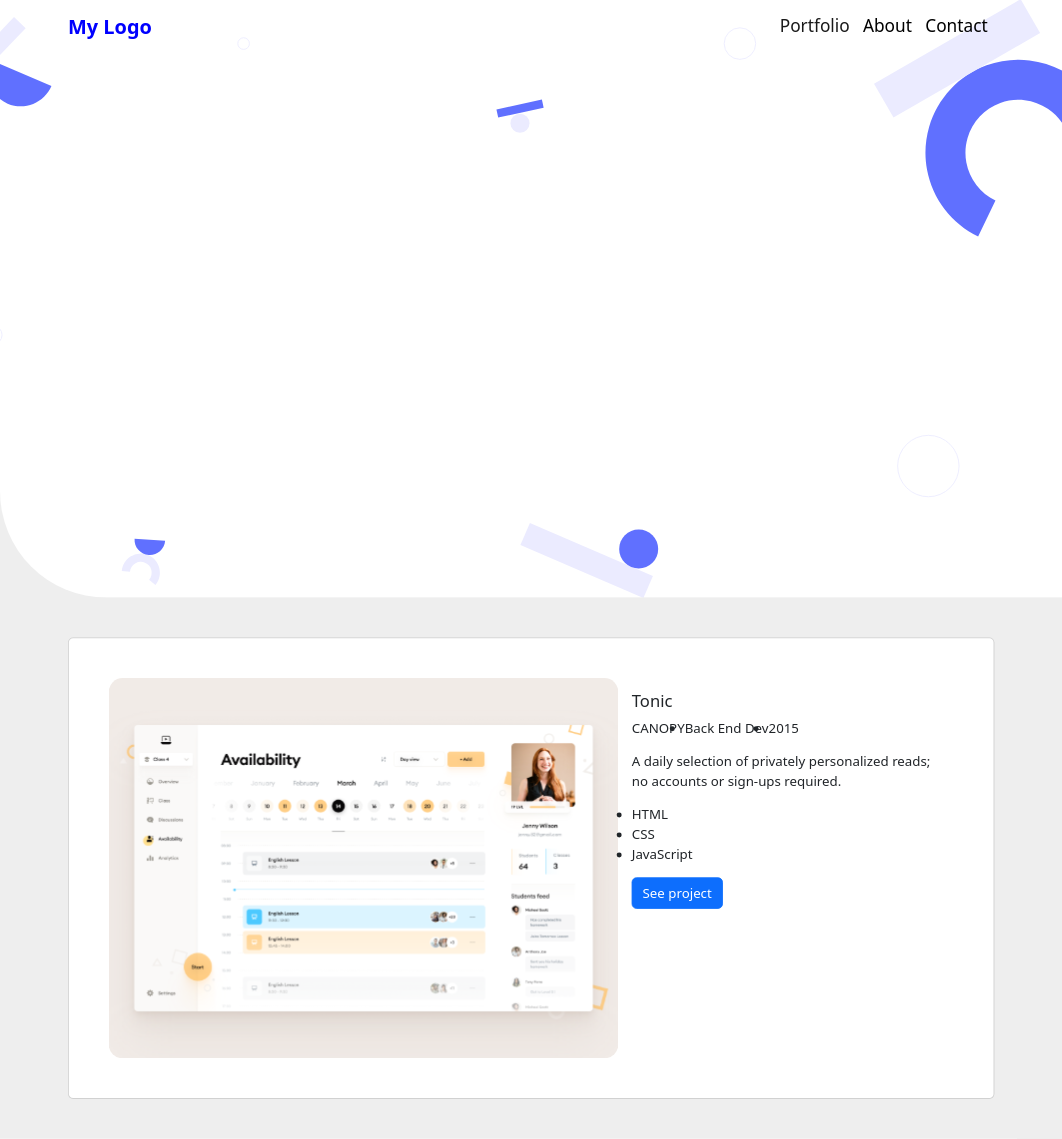
Repository: waelelsafty07/Bootstrap-Portfolio
Page: index.html
The author's editor kept a copy of each file at every save. The page is drawn from the files as they stood at one save, then again after the next save.
The browser window is 1280 px wide. The pictures show the whole page, at 83% of full size.

Above is the page before, as saved 2023-04-04 16:39:11.

### index.html
<!DOCTYPE html>
<html lang="en">
<head>
    <meta charset="UTF-8">
    <meta http-equiv="X-UA-Compatible" content="IE=edge">
    <meta name="viewport" content="width=device-width, initial-scale=1.0">
    <title>Portfolio</title>
    <link rel="stylesheet" href="css/bootstrap.min.css"/>
    <link rel="stylesheet" href="styles.css"/>
</head>
<body>
    <header>
        <nav class="navbar navbar-expand-lg navbar-light">
            <div class="container">
              <a class="navbar-brand" href="#">My Logo</a>
              <button class="navbar-toggler" type="button" data-bs-toggle="collapse" data-bs-target="#navbarNav" aria-controls="navbarNav" aria-expanded="false" aria-label="Toggle navigation">
                <span class="navbar-toggler-icon"></span>
              </button>
              <div class="collapse navbar-collapse flex-row-reverse" id="navbarNav">
                <ul class="navbar-nav">
                  <li class="nav-item">
                    <a class="nav-link active" aria-current="page" href="#">Portfolio</a>
                  </li>
                  <li class="nav-item">
                    <a class="nav-link" href="#">About</a>
                  </li>
                  <li class="nav-item">
                    <a class="nav-link" href="#">Contact</a>
                  </li>
                </ul>
              </div>
            </div>
          </nav>
    </header>
    <main>
      <section id="works" class="works m-5">
        <div class="container">
          <div class="card flex-row p-5">
            <img src="images/Snapshoot Portfolio (1).svg" class="card-img-top" alt="...">
            <div class="card-body">
              <h5 class="card-title">Tonic</h5>
              <ul class="d-flex p-0">
                <li class="no-style">CANOPY</li>
                <li>Back End Dev</li>
                <li>2015</li>
              </ul>
              <p class="card-text">A daily selection of privately personalized reads; no accounts or sign-ups required.</p>
              <ul>
                <li>HTML</li>
                <li>CSS</li>
                <li>JavaScript</li>
              </ul>
              <a href="#" class="btn btn-primary">See project</a>
            </div>
          </div>
        </div>
      </section>
    </main>

    <script src="js/bootstrap.bundle.min.js"></script>
</body>
</html>

### styles.css
body {
  background-color: #eee;
}
header {
  background-color: #fff;
  background-image: url("images/Header\ bg.svg");
  background-repeat: no-repeat;
  background-position: center;
  height: 100vh;
  border-bottom-left-radius: 8rem;
}
nav .navbar-brand {
  font-weight: bold;
  font-size: 1.5rem;
  color: blue;
}
nav .nav-link {
  font-weight: 500;
  font-size: 1.3rem;
  color: #000;
}

.no-style {
  list-style: none;
}

ul {
  padding: 0;
}

Loaded but not shown: css/bootstrap.min.css (library); js/bootstrap.bundle.min.js (library)

After the next save:
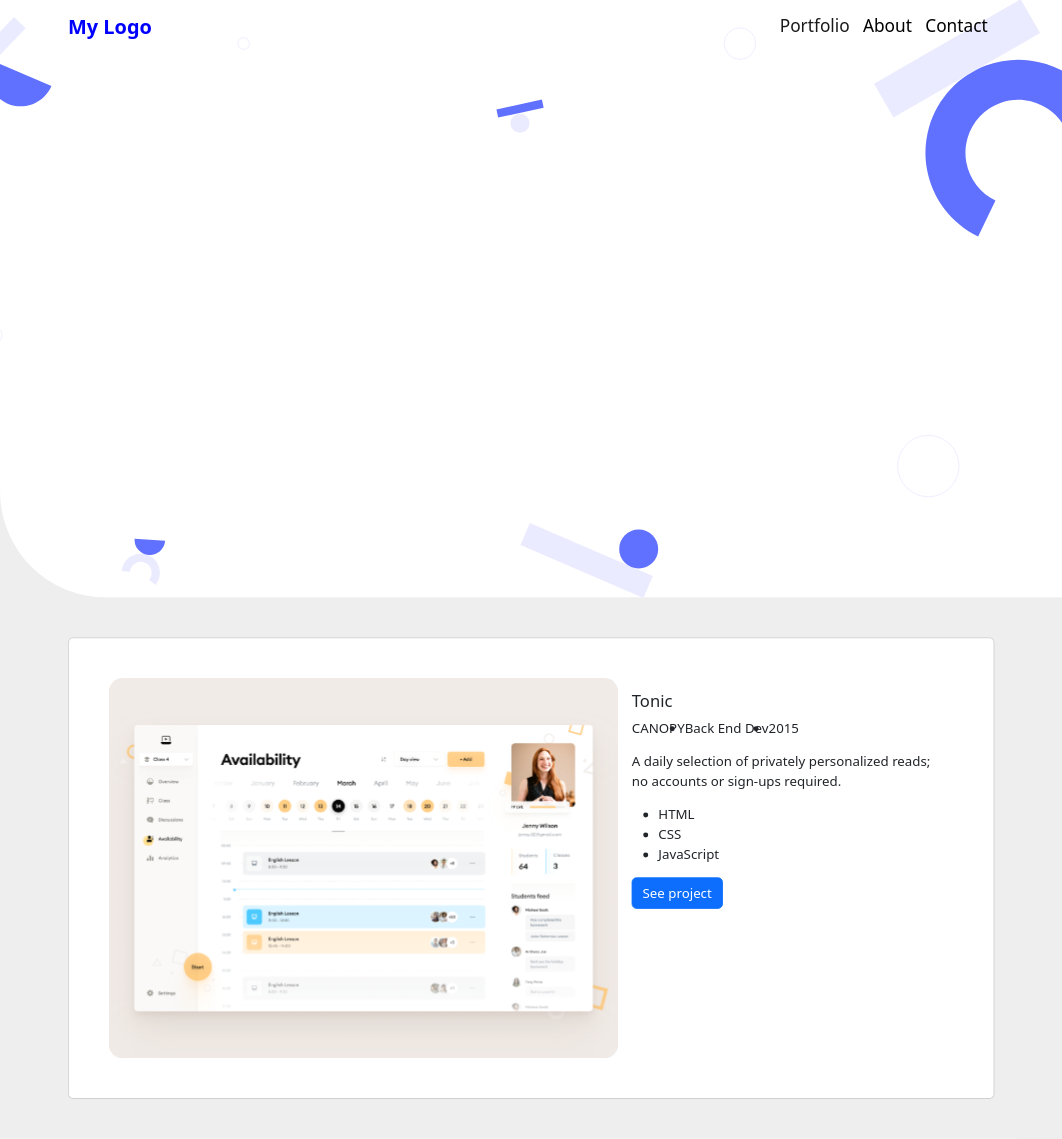
Saved 9 s later.
--- a/styles.css
+++ b/styles.css
@@ -23,7 +23,3 @@
 .no-style {
   list-style: none;
 }
-
-ul {
-  padding: 0;
-}
